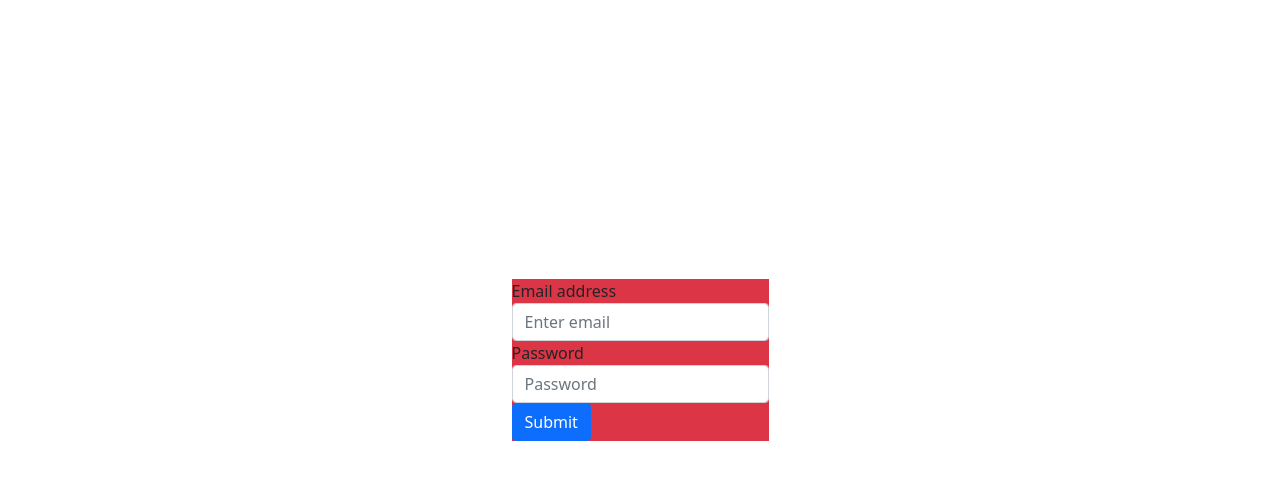
Repository: mariamkhaledsapra/E-Commerce-main
Page: /login
These files come from the project's save history. The page is drawn as it stood at one moment and after a run of saves; the edit follows.
The browser window is 1280 px wide. The pictures show the whole page.
The project was rebuilt for these pictures with package versions that can differ from the ones it lists, and the page was loaded fresh each time. Also part of the build but not shown: src/App.css, src/components/Navbar.jsx, src/App.js.

Above is the page before, as saved 2024-02-13 21:58:13.

After the next 2 saves:
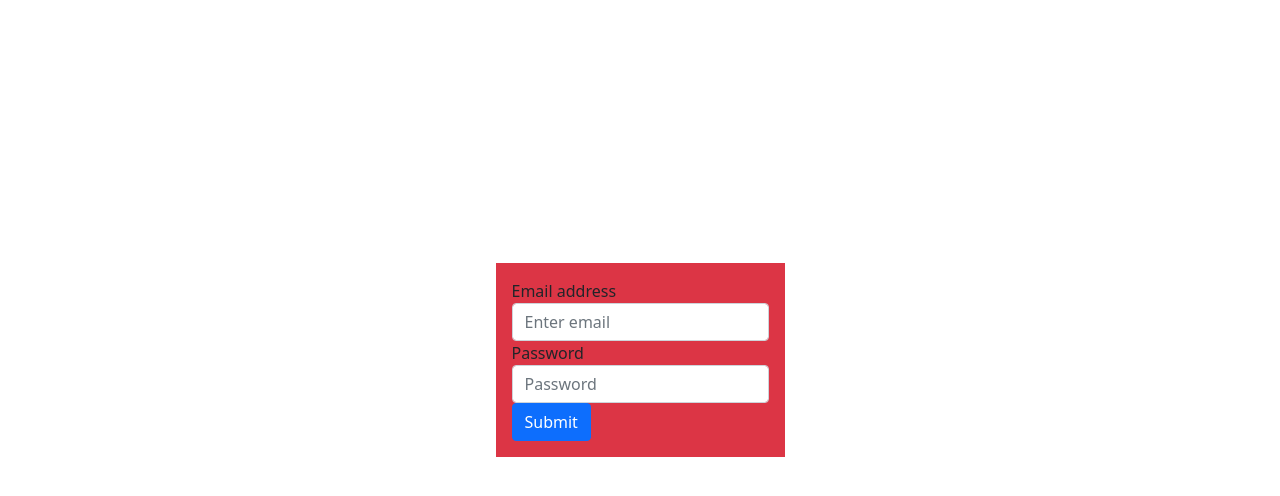
The 2 saves are shown as one change because they came seconds apart.
The last was saved 8 s later.
--- a/src/components/Login.jsx
+++ b/src/components/Login.jsx
@@ -2,40 +2,38 @@ import React from "react";
 
 const Login = () => {
   return (
-    <div class=" bg-danger d-flex">
+    <div class=" bg-danger d-flex p-3">
+      <div class="col-12">
+        <div class="login-form">
+          <form>
+            <div class="form-group">
+              <label for="email">Email address</label>
 
-        <div class="col-12">
-          <div class="login-form">
-            <form>
-              <div class="form-group">
-                <label for="email">Email address</label>
+              <input
+                type="email"
+                class="form-control"
+                id="email"
+                placeholder="Enter email"
+              />
+            </div>
 
-                <input
-                  type="email"
-                  class="form-control"
-                  id="email"
-                  placeholder="Enter email"
-                />
-              </div>
+            <div class="form-group">
+              <label for="password">Password</label>
 
-              <div class="form-group">
-                <label for="password">Password</label>
+              <input
+                type="password"
+                class="form-control"
+                id="password"
+                placeholder="Password"
+              />
+            </div>
 
-                <input
-                  type="password"
-                  class="form-control"
-                  id="password"
-                  placeholder="Password"
-                />
-              </div>
-
-              <button type="submit" class="btn btn-primary">
-                Submit
-              </button>
-            </form>
-          </div>
+            <button type="submit" class="btn btn-primary">
+              Submit
+            </button>
+          </form>
         </div>
-
+      </div>
     </div>
   );
 };
